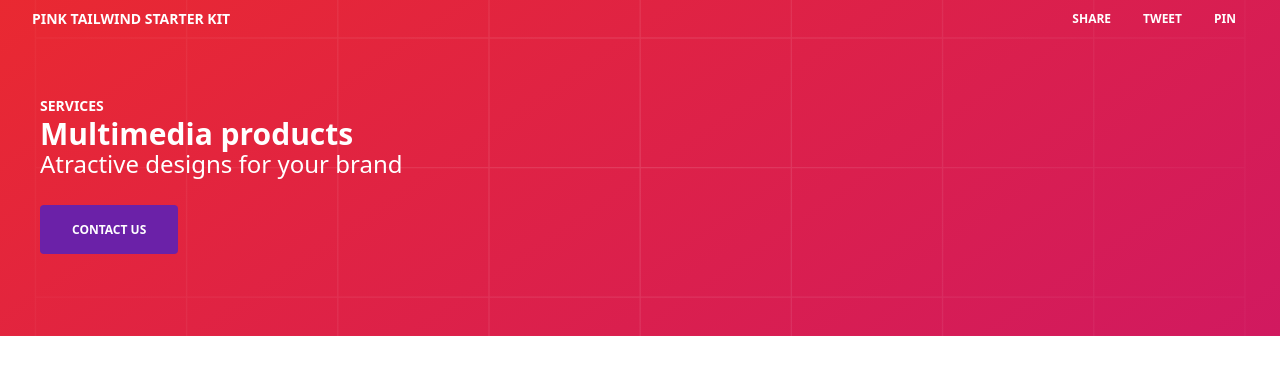
Repository: farrelmuhammad/tokodistributor
Page: /
These files come from the project's save history. The page is drawn as it stood at one moment and after the next save; the edit follows.
The browser window is 1280 px wide. The pictures show the whole page.
The project was rebuilt for these pictures with package versions that can differ from the ones it lists, and the page was loaded fresh each time. Also part of the build but not shown: vite.config.js, src/App.css.

Above is the page before, as saved 2022-11-13 21:12:05.

### src/App.jsx
import { useState } from "react";
import reactLogo from "./assets/react.svg";
import "./App.css";
import Home from "./pages/Home";

function App() {
  const [count, setCount] = useState(0);

  return (
    <>
      <Home />
    </>
  );
}

export default App;

### src/pages/Home.jsx
import React from "react";
import Jumbotron from "../components/Jumbotron";
import Navbar from "../components/Navbar";

const Home = () => {
  return (
    <>
      <Navbar />
      <Jumbotron />
    </>
  );
};

export default Home;

### src/components/Jumbotron.jsx
import React from "react";
import Hero from "../assets/Hero.svg";

const Jumbotron = () => {
  return (
    <>
      <div
        class="bg-cover bg-center  h-auto text-white py-24 px-10 object-fill"
        style={{
            backgroundImage: `url(${Hero})`,
        }}
      >
        <div class="md:w-1/2">
          <p class="font-bold text-sm uppercase">Services</p>
          <p class="text-3xl font-bold">Multimedia products</p>
          <p class="text-2xl mb-10 leading-none">
            Atractive designs for your brand
          </p>
          <a
            href="#"
            class="bg-purple-800 py-4 px-8 text-white font-bold uppercase text-xs rounded hover:bg-gray-200 hover:text-gray-800"
          >
            Contact us
          </a>
        </div>
      </div>
      {/* <div class="md:container md:mx-auto">
        aaaa
      </div> */}
    </>
  );
};

export default Jumbotron;

### src/components/Navbar.jsx
import React, { useState } from "react";

const Navbar = () => {
  const [navbarOpen, setNavbarOpen] = useState(false);

  return (
    <>
      <nav className="absolute top-0 left-0 w-full px-4 z-[9999]">
        <div className="container px-4 mx-auto flex flex-wrap items-center justify-between">
          <div className="w-full relative flex justify-between lg:w-auto lg:static lg:block lg:justify-start">
            <a
              className="text-sm font-bold leading-relaxed inline-block mr-4 py-2 whitespace-nowrap uppercase text-white"
              href="#pablo"
            >
              pink Tailwind Starter Kit
            </a>
            <button
              className="text-white cursor-pointer text-xl leading-none px-3 py-1 border border-solid border-transparent rounded bg-transparent block lg:hidden outline-none focus:outline-none"
              type="button"
              onClick={() => setNavbarOpen(!navbarOpen)}
            >
              <i className="fas fa-bars"></i>
            </button>
          </div>
          <div
            className={
              "lg:flex flex-grow items-center" +
              (navbarOpen ? " flex" : " hidden")
            }
            id="example-navbar-danger"
          >
            <ul className="flex flex-col lg:flex-row list-none lg:ml-auto">
              <li className="nav-item">
                <a
                  className="px-3 py-2 flex items-center text-xs uppercase font-bold leading-snug text-white hover:opacity-75"
                  href="#pablo"
                >
                  <i className="fab fa-facebook-square text-lg leading-lg text-white opacity-75"></i>
                  <span className="ml-2">Share</span>
                </a>
              </li>
              <li className="nav-item">
                <a
                  className="px-3 py-2 flex items-center text-xs uppercase font-bold leading-snug text-white hover:opacity-75"
                  href="#pablo"
                >
                  <i className="fab fa-twitter text-lg leading-lg text-white opacity-75"></i>
                  <span className="ml-2">Tweet</span>
                </a>
              </li>
              <li className="nav-item">
                <a
                  className="px-3 py-2 flex items-center text-xs uppercase font-bold leading-snug text-white hover:opacity-75"
                  href="#pablo"
                >
                  <i className="fab fa-pinterest text-lg leading-lg text-white opacity-75"></i>
                  <span className="ml-2">Pin</span>
                </a>
              </li>
            </ul>
          </div>
        </div>
      </nav>
    </>
  );
};

export default Navbar;

Loaded but not shown: index.html (common file); src/main.jsx (common file); src/index.css (common file); tailwind.config.cjs (common file)

After the next save:
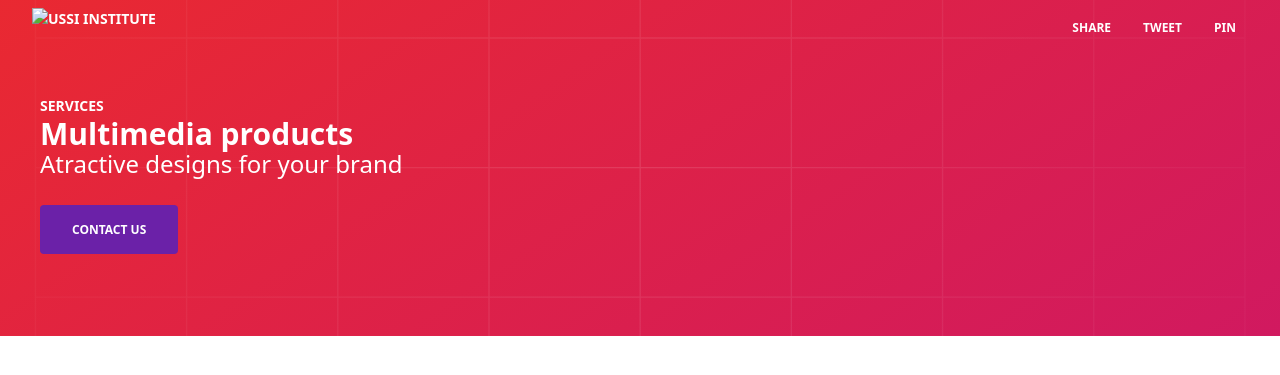
Saved 97 s later.
--- a/src/components/Navbar.jsx
+++ b/src/components/Navbar.jsx
@@ -12,7 +12,11 @@
               className="text-sm font-bold leading-relaxed inline-block mr-4 py-2 whitespace-nowrap uppercase text-white"
               href="#pablo"
             >
-              pink Tailwind Starter Kit
+              <img
+                //   src={Logo}
+                alt="USSI Institute"
+                className="h-10"
+              />
             </a>
             <button
               className="text-white cursor-pointer text-xl leading-none px-3 py-1 border border-solid border-transparent rounded bg-transparent block lg:hidden outline-none focus:outline-none"
